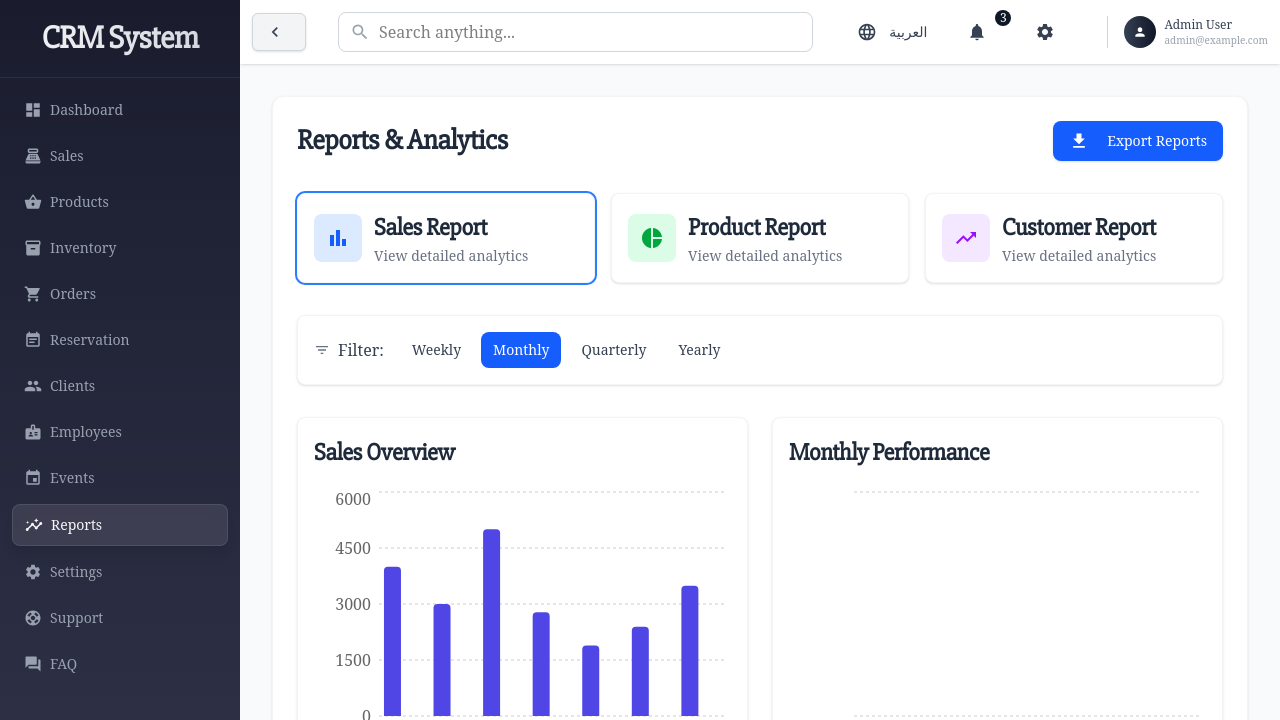
Repository: ahmedgamalalzatary/CRM
Page: /, after clicking the first element matching `nav.overflow-y-auto > :nth-child(10)`
The author's editor kept a copy of each file at every save. The page is drawn from the files as they stood at one save, then again after the next save.
The browser window is 1280 px wide. The pictures show the whole page.
An inner scrolling area shows only its first screen. The project was rebuilt for these pictures with package versions that can differ from the ones it lists, and the page was loaded fresh each time. Also part of the build but not shown: vite.config.js, src/Components/NotificationsPopup.jsx, src/Components/UI/Modal.jsx, src/Pages/Sales.jsx, src/Pages/Products.jsx, src/Pages/Inventory.jsx, src/Pages/Orders.jsx, src/Pages/Reservation.jsx and 6 more.

Above is the page before, as saved 2025-02-28 00:29:17.

After the next save:
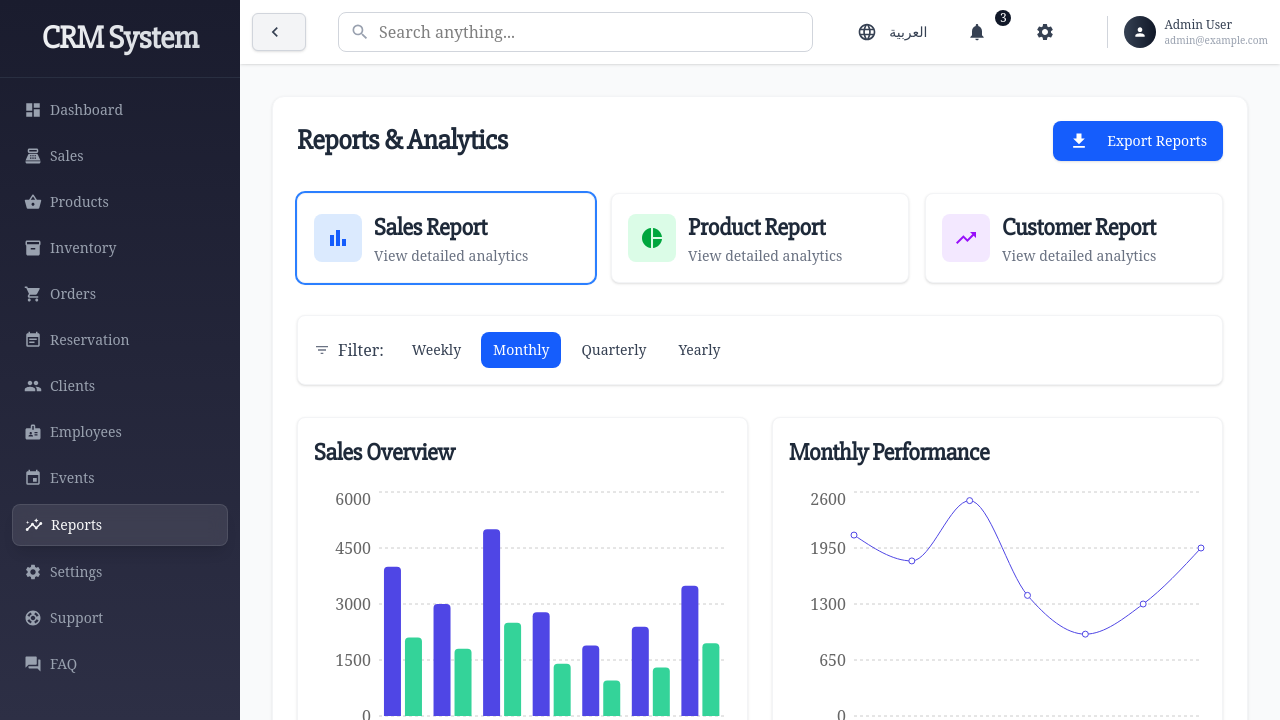
Saved 106 s later.
--- a/src/Pages/Reports.jsx
+++ b/src/Pages/Reports.jsx
@@ -19,13 +19,13 @@ function Report() {
     }, []);
 
     const salesData = [
-        { month: 'Jan', sales: 4000, target: 3000 },
-        { month: 'Feb', sales: 3000, target: 3000 },
-        { month: 'Mar', sales: 5000, target: 3000 },
-        { month: 'Apr', sales: 2780, target: 3000 },
-        { month: 'May', sales: 1890, target: 3000 },
-        { month: 'Jun', sales: 2390, target: 3000 },
-        { month: 'Jul', sales: 3490, target: 3000 }
+        { month: 'Jan', sales: 4000, target: 3000, profit: 2100 },
+        { month: 'Feb', sales: 3000, target: 3000, profit: 1800 },
+        { month: 'Mar', sales: 5000, target: 3000, profit: 2500 },
+        { month: 'Apr', sales: 2780, target: 3000, profit: 1400 },
+        { month: 'May', sales: 1890, target: 3000, profit: 950 },
+        { month: 'Jun', sales: 2390, target: 3000, profit: 1300 },
+        { month: 'Jul', sales: 3490, target: 3000, profit: 1950 }
     ];
 
     const pieData = [
